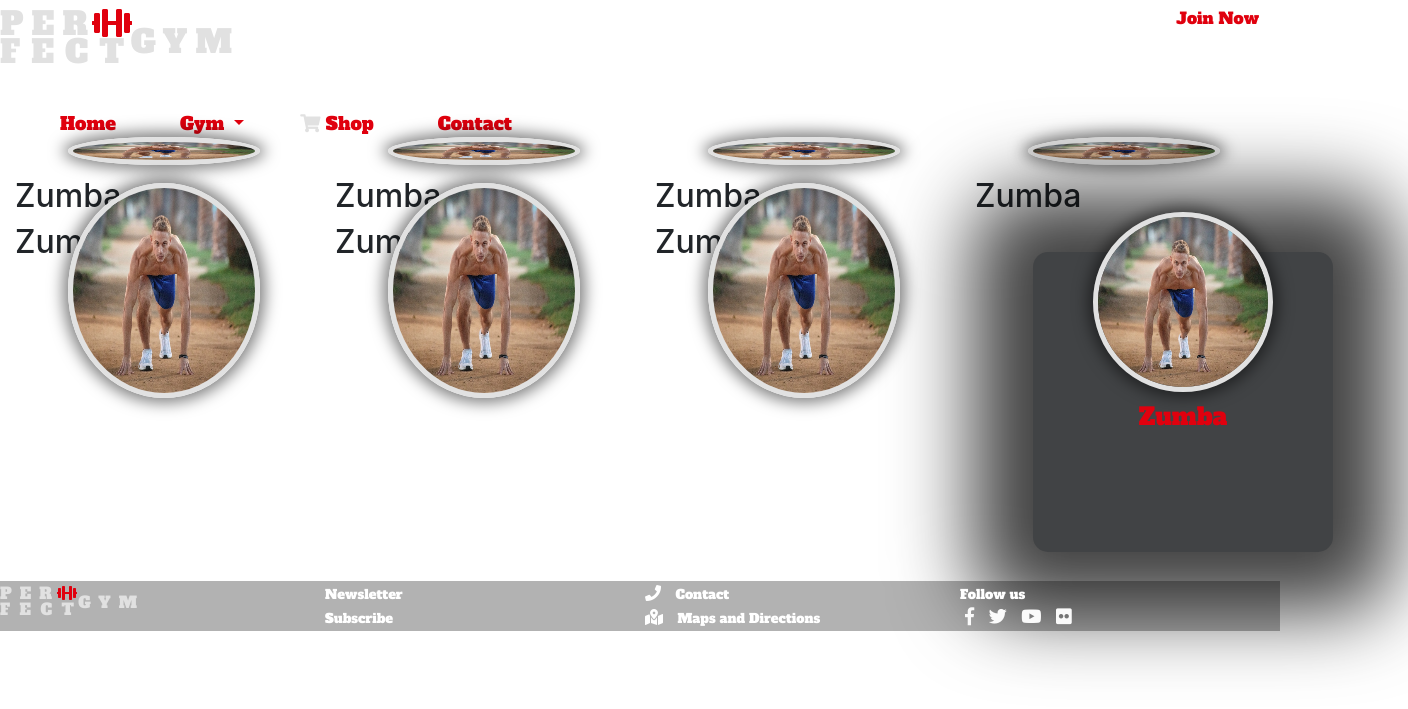
Repository: meghdadyazdi/UCFD-Milestone
Page: activities.html
The author's editor kept a record of every edit. The page is drawn from the files as they stood at one moment, then again after the next edit.
The browser window is 1280 px wide. The page is 1408 px wide, then 1280 px, so the pictures cover 1408 px, including what lies to the right of the window. The pictures show the whole page.
Some web libraries are served in a nearby version.

Above is the page before.

### activities.html
<!DOCTYPE html>
<html lang="en">

<head>
    <meta charset="UTF-8">
    <meta name="viewport" content="width=device-width, initial-scale=1.0">
    <meta http-equiv="X-UA-Compatible" content="ie=edge">
    <link rel="stylesheet" href="https://stackpath.bootstrapcdn.com/bootstrap/4.3.1/css/bootstrap.min.css" type="text/css" />
    <link rel="stylesheet" href="https://stackpath.bootstrapcdn.com/bootstrap/4.3.1/css/bootstrap.min.css">
    <link rel="stylesheet" href="https://use.fontawesome.com/releases/v5.6.1/css/all.css" integrity="sha384-gfdkjb5BdAXd+lj+gudLWI+BXq4IuLW5IT+brZEZsLFm++aCMlF1V92rMkPaX4PP" crossorigin="anonymous">
    <link href="https://fonts.googleapis.com/css?family=Alfa+Slab+One&display=swap" rel="stylesheet">
    <link rel="stylesheet" href="https://cdnjs.cloudflare.com/ajax/libs/hover.css/2.3.1/css/hover-min.css" type="text/css" />
    <link rel="stylesheet" href="style.css" type="text/css" />
    <title>Perfect Gym</title>
</head>

<body class="activities-body">



    <!--Header-->
    <header>
        <div class="row container-fluid container-top m-0 p-0">
            <div class="col-6 m-0 p-0">
                <div class="mylogo-big uppercase">
                    <div id="per_in_logo-big">per</div>
                    <div id="fect_in_logo-big">fect</div>
                    <div id="dumbbell-big"><i class="fas fa-dumbbell"></i></div>
                    <div id="gym_in_logo-big">gym</div>
                </div>
            </div>
            <div class="col-6">
                <a href="/login" class="btn btn--cta btn--red" data-toggle="modal" data-target="#join-us-modal">Join Now</a>
            </div>
        </div>
    </header>
    <!--/Header-->


    <!--Navbar-->
    <nav class="navbar navbar-light navbar-expand-sm">

        <button class="navbar-toggler ml-auto" type="button" data-toggle="collapse" data-target="#navbarNavDropdown" aria-controls="navbarNavDropdown" aria-expanded="false" aria-label="Toggle navigation">
                    <span class="navbar-toggler-icon"></span>
            </button>

        <div class="collapse navbar-collapse" id="navbarNavDropdown">
            <ul class="navbar-nav mr-auto">
                <li class="nav-item mr-2"><a href="/" class="nav-link">Home</a></li>

                <li class="nav-item dropdown">
                    <a class="nav-link dropdown-toggle" href="#" id="navbarDropdownMenuLink" role="button" data-toggle="dropdown" aria-haspopup="true" aria-expanded="false">Gym
                </a>
                    <div class="dropdown-menu" aria-labelledby="navbarDropdownMenuLink">
                        <a class="dropdown-item" href="trainers.html">Our trainers</a>
                        <a class="dropdown-item" href="activities.html">Activities</a>
                    </div>
                </li>
                <li class=" nav-item mr-2"><a href="/About" class="nav-link"><span><i class="fas fa-shopping-cart shop-icon"></i></span> Shop</a></li>
                <li class=" nav-item mr-2 "><a href="/About" class="nav-link">Contact</a></li>
            </ul>
        </div>


    </nav>
    <!--/Navbar-->


<section>
    <div class="row m-0 p-0">
        <div class="col-6 col-md-4 col-lg-3">
            <div class="box-activity">
                    <img src="images/trainer1.jpg" class="trainer"></img>
                    <h2>Zumba</h2>
                    <!--<p class="">-->
                    <!--    Jim is specialist in aerobic exercise. He is an expert in running and cardiovascular exercise (exercises for the heart and blood system)-->
                    <!--</p>-->
                    <!--<a href="#" class="btn p-0 m-0" data-toggle="modal" data-target="#join-us-modal">Contact him</a>-->
                </div>
        </div>
        <div class="col-6 col-md-4 col-lg-3">
            <div class="box-activity">
                    <img src="images/trainer1.jpg" class="trainer"></img>
                    <h2>Zumba</h2>
                    <!--<p class="">-->
                    <!--    Jim is specialist in aerobic exercise. He is an expert in running and cardiovascular exercise (exercises for the heart and blood system)-->
                    <!--</p>-->
                    <!--<a href="#" class="btn p-0 m-0" data-toggle="modal" data-target="#join-us-modal">Contact him</a>-->
                </div>
        </div>
        <div class="col-6 col-md-4 col-lg-3">
            <div class="box-activity">
                    <img src="images/trainer1.jpg" class="trainer"></img>
                    <h2>Zumba</h2>
                    <!--<p class="">-->
                    <!--    Jim is specialist in aerobic exercise. He is an expert in running and cardiovascular exercise (exercises for the heart and blood system)-->
                    <!--</p>-->
                    <!--<a href="#" class="btn p-0 m-0" data-toggle="modal" data-target="#join-us-modal">Contact him</a>-->
                </div>
        </div>
        <div class="col-6 col-md-4 col-lg-3">
            <div class="box-activity">
                    <img src="images/trainer1.jpg" class="trainer"></img>
                    <h2>Zumba</h2>
                    <!--<p class="">-->
                    <!--    Jim is specialist in aerobic exercise. He is an expert in running and cardiovascular exercise (exercises for the heart and blood system)-->
                    <!--</p>-->
                    <!--<a href="#" class="btn p-0 m-0" data-toggle="modal" data-target="#join-us-modal">Contact him</a>-->
                </div>
        </div>
        <div class="col-6 col-md-4 col-lg-3">
            <div class="box-activity">
                    <img src="images/trainer1.jpg" class="trainer"></img>
                    <h2>Zumba</h2>
                    <!--<p class="">-->
                    <!--    Jim is specialist in aerobic exercise. He is an expert in running and cardiovascular exercise (exercises for the heart and blood system)-->
                    <!--</p>-->
                    <!--<a href="#" class="btn p-0 m-0" data-toggle="modal" data-target="#join-us-modal">Contact him</a>-->
                </div>
        </div>
        <div class="col-6 col-md-4 col-lg-3">
            <div class="box-activity">
                    <img src="images/trainer1.jpg" class="trainer"></img>
                    <h2>Zumba</h2>
                    <!--<p class="">-->
                    <!--    Jim is specialist in aerobic exercise. He is an expert in running and cardiovascular exercise (exercises for the heart and blood system)-->
                    <!--</p>-->
                    <!--<a href="#" class="btn p-0 m-0" data-toggle="modal" data-target="#join-us-modal">Contact him</a>-->
                </div>
        </div>
        <div class="col-6 col-md-4 col-lg-3">
            <div class="box-activity">
                    <img src="images/trainer1.jpg" class="trainer"></img>
                    <h2>Zumba</h2>
                    <!--<p class="">-->
                    <!--    Jim is specialist in aerobic exercise. He is an expert in running and cardiovascular exercise (exercises for the heart and blood system)-->
                    <!--</p>-->
                    <!--<a href="#" class="btn p-0 m-0" data-toggle="modal" data-target="#join-us-modal">Contact him</a>-->
                </div>
        </div>
        <div class="col-6 col-md-4 col-lg-3">
            <div class="box">
                    <img src="images/trainer1.jpg" class="trainer"></img>
                    <h2>Zumba</h2>
                    <!--<p class="">-->
                    <!--    Jim is specialist in aerobic exercise. He is an expert in running and cardiovascular exercise (exercises for the heart and blood system)-->
                    <!--</p>-->
                    <!--<a href="#" class="btn p-0 m-0" data-toggle="modal" data-target="#join-us-modal">Contact him</a>-->
                </div>
        </div>
    </div>
</section>



    <!--Footer-->
    <footer class="container-fluid container-footer m-0 p-0">



        <div id="footer-details" class="row container-fluid m-0 p-0">
            <div class="col-12 col-sm-3 p-0 m-0">
                <!--logo-->
                <div class="mylogo uppercase">
                    <div id="per_in_logo">per</div>
                    <div id="fect_in_logo">fect</div>
                    <div id="dumbbell"><i class="fas fa-dumbbell"></i></div>
                    <div id="gym_in_logo">gym</div>
                </div>
                <!--/logo-->
            </div>
            <div class="col-sm-3">
                <div class="row">
                    <div class="col-12 footer-items">
                        <a href="#" class="footer-font">
                            Newsletter
                        </a>
                    </div>
                    <div class="col-12 footer-items">
                        <a class="footer-font" href="#">
                            Subscribe
                        </a>
                    </div>
                </div>
            </div>
            <div class="col-sm-6 col-md-3">
                <div class="row">
                    <div class="col-12 footer-items">
                        <a href="#" target="_blank">
                            <i id="phone" class="fas fa-phone"></i>
                            <span class="sr-only">phone</span>
                        </a>
                        <a class="footer-font" href="#">Contact</a>
                    </div>

                    <div class="col-12 footer-items">
                        <a href="https://www.google.com/maps/place/Corvo+Island/@39.6981037,-31.1405764,13z/data=!3m1!4b1!4m5!3m4!1s0xb3247959c9c6983:0x59be196c967d2206!8m2!3d39.7023111!4d-31.1080244" target="_blank">
                            <i id="map" class="fas fa-map-marked-alt"></i>
                            <span class="sr-only">Map</span>
                        </a>
                        <a class="footer-font" href="https://www.google.com/maps/place/Corvo+Island/@39.6981037,-31.1405764,13z/data=!3m1!4b1!4m5!3m4!1s0xb3247959c9c6983:0x59be196c967d2206!8m2!3d39.7023111!4d-31.1080244" target="_blank">Maps and Directions
                        </a>
                    </div>
                </div>
            </div>
            <div class="col-sm-6 col-md-3 footer-items">
                <p class="footer-font d-inlineblock m-0 p-0">Follow us</p>
                <ul class="list-inline social-link">
                    <li class="list-inline-item">
                        <a href="#" target="_blank">
                            <i class="fab fa-facebook-f" aria-hidden="true"></i>
                            <span class="sr-only">Facebook</span>
                        </a>
                    </li>
                    <li class="list-inline-item">
                        <a href="#" target="_blank">
                            <i class="fab fa-twitter" aria-hidden="true"></i>
                            <span class="sr-only">Twitter</span>
                        </a>
                    </li>
                    <li class="list-inline-item">
                        <a href="#" target="_blank">
                            <i class="fab fa-youtube" aria-hidden="true"></i>
                            <span class="sr-only">YouTube</span>
                        </a>
                    </li>
                    <li class="list-inline-item">
                        <a href="#" target="_blank">
                            <i class="fab fa-flickr" aria-hidden="true"></i>
                            <span class="sr-only">flicker</span>
                        </a>
                    </li>
                </ul>
            </div>
        </div>
    </footer>
    <!--/Footer-->



    <!--Form for join as Modal-->
    <div class="modal" tabindex="-1" role="dialog" id="join-us-modal">
        <div class="modal-dialog" role="document">
            <div class="modal-content">
                <div class="modal-header font-form-title">
                    <h5 class="modal-title">Join us for free consulting</h5>
                    <button type="button" class="close" data-dismiss="modal" aria-label="Close">
                            <span aria-hidden="true">&times;</span>
                            </button>
                </div>
                <div class="modal-body">
                    <form>
                        <div class="form-group">
                            <label class="font-form-item" for="firstname">First Name</label>
                            <input type="text" class="form-control" id="firstname" placeholder="Enter your firstname">
                        </div>
                        <div class="form-group">
                            <label class="font-form-item" for="lastname">Last Name</label>
                            <input type="text" class="form-control" id="lastname" placeholder="Enter your lastname">
                        </div>
                        <div class="form-group">
                            <label class="font-form-item" for="exampleInputEmail1">Email address</label>
                            <input type="email" class="form-control" id="exampleInputEmail1" aria-describedby="emailHelp" placeholder="Enter email">
                        </div>
                        <div class="form-group">
                            <label class="font-form-item" for="password">Password</label>
                            <input type="password" class="form-control" id="password" placeholder="Password">
                        </div>
                        <div class="form-group">
                            <label class="font-form-item" for="repeatpassword">Password</label>
                            <input type="password" class="form-control" id="repeatpassword" placeholder="Repeat Password">
                        </div>
                        <div class="form-group">
                            <label class="font-form-item" for="age">Your age</label>
                            <input type="number" class="form-control" id="age" placeholder="Age" min="7" max="85">
                        </div>
                        <div class="form-group">
                            <label class="font-form-item" for="age">Gender</label>
                            <br>
                            <input class="font-form-item" type="radio" name="gender" value="male" checked> Male<br>
                            <input class="font-form-item" type="radio" name="gender" value="female"> Female<br>
                            <input class="font-form-item" type="radio" name="gender" value="other"> Other<br><br>
                        </div>
                        <button type="submit" class="btn btn-success">Submit</button>
                    </form>
                </div>
            </div>
        </div>
    </div>
    <!--/Form for join as Modal-->




    <script src="https://code.jquery.com/jquery-3.3.1.slim.min.js" integrity="sha384-q8i/X+965DzO0rT7abK41JStQIAqVgRVzpbzo5smXKp4YfRvH+8abtTE1Pi6jizo" crossorigin="anonymous"></script>
    <script src="https://cdnjs.cloudflare.com/ajax/libs/popper.js/1.14.3/umd/popper.min.js" integrity="sha384-ZMP7rVo3mIykV+2+9J3UJ46jBk0WLaUAdn689aCwoqbBJiSnjAK/l8WvCWPIPm49" crossorigin="anonymous"></script>
    <script src="https://stackpath.bootstrapcdn.com/bootstrap/4.1.3/js/bootstrap.min.js" integrity="sha384-ChfqqxuZUCnJSK3+MXmPNIyE6ZbWh2IMqE241rYiqJxyMiZ6OW/JmZQ5stwEULTy" crossorigin="anonymous"></script>


</body>

</html>

Loaded but not shown: style.css (568 lines, source omitted)

After the next edit:
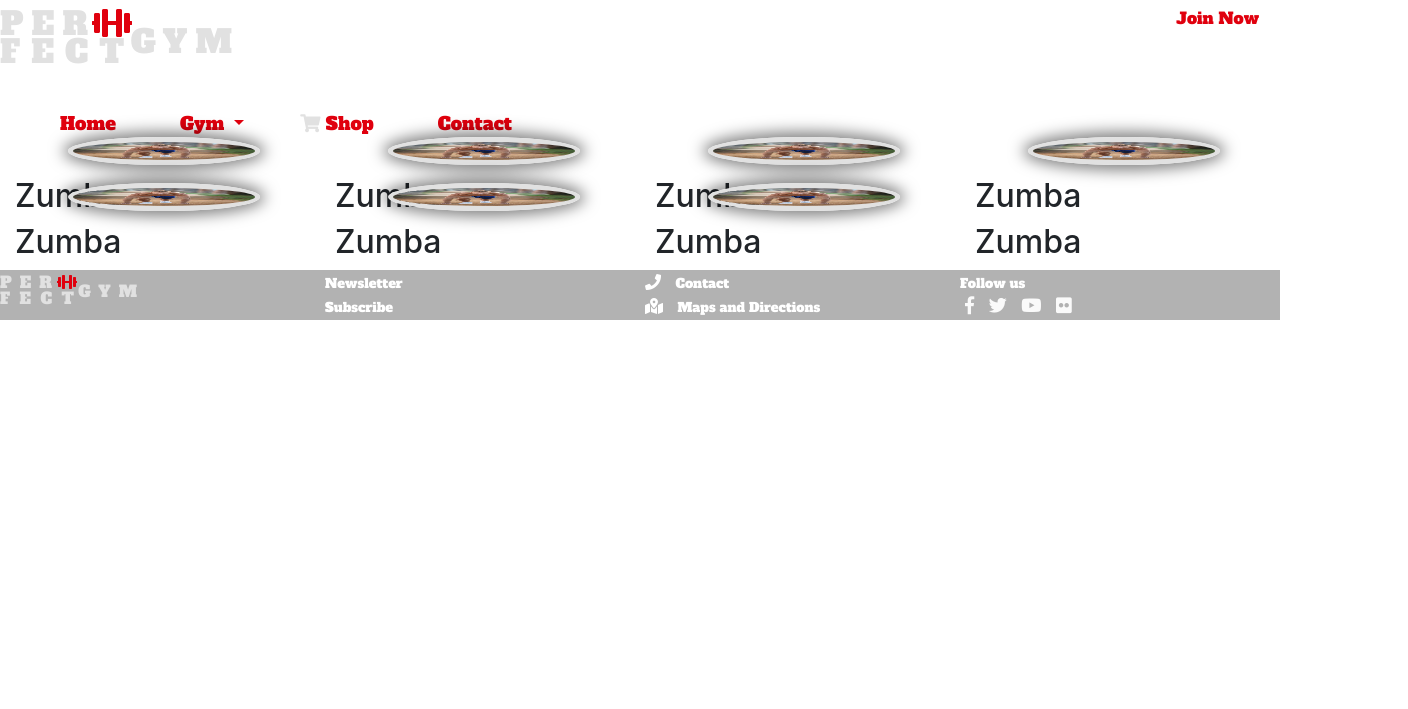
The edit:
--- a/activities.html
+++ b/activities.html
@@ -139,8 +139,8 @@
                 </div>
         </div>
         <div class="col-6 col-md-4 col-lg-3">
-            <div class="box">
-                    <img src="images/trainer1.jpg" class="trainer"></img>
+            <div class="box-activity">
+                    <!--<img src="images/trainer1.jpg" class="trainer"></img>-->
                     <h2>Zumba</h2>
                     <!--<p class="">-->
                     <!--    Jim is specialist in aerobic exercise. He is an expert in running and cardiovascular exercise (exercises for the heart and blood system)-->
